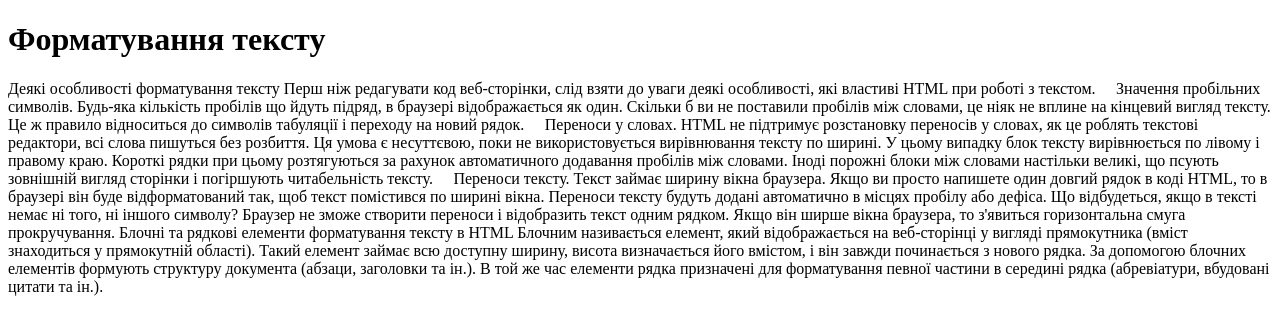
Repository: KseniaMakara/Web
Page: Web/directory.html
The author's editor kept a copy of each file at every save. The page is drawn from the files as they stood at one save, then again after the next save.
The browser window is 1280 px wide. The pictures show the whole page.

Above is the page before, as saved 2021-02-15 16:02:15.

After the next save:
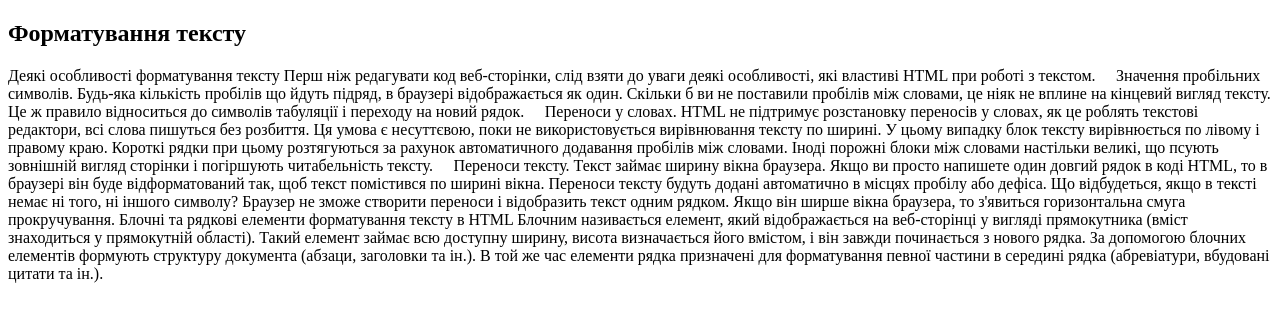
Saved 20 s later.
--- a/Web/directory.html
+++ b/Web/directory.html
@@ -5,7 +5,7 @@
            <title>First HTML</title>
         </head>
     <body>
-        <h1>Форматування тексту </h1>
+        <h2>Форматування тексту </h2>
         Деякі особливості форматування тексту
         Перш ніж редагувати код веб-сторінки, слід взяти до уваги деякі
         особливості, які властиві HTML при роботі з текстом.
